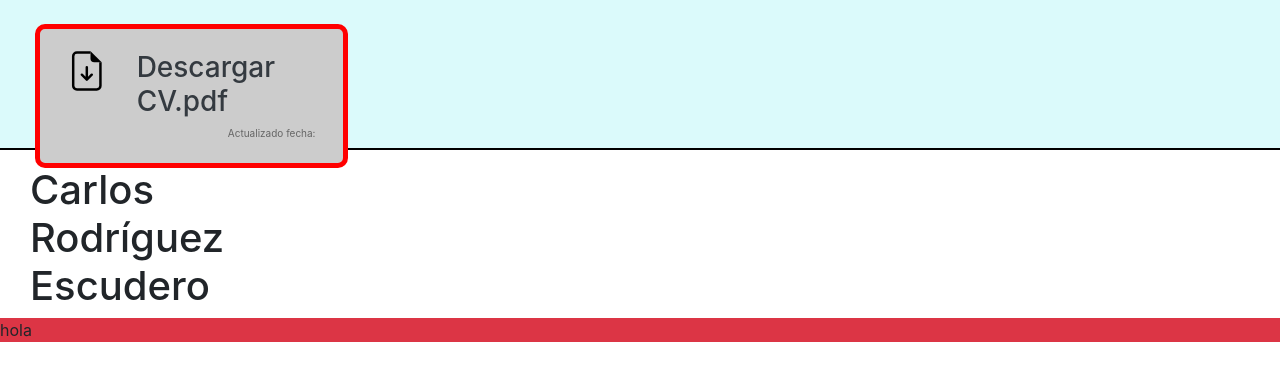
Repository: CarlosRoEs/CarlosWebCV
Page: index.html
An editor plug-in stored every save of this project. The page is shown before and after the next save, followed by the edit.
The browser window is 1280 px wide. The pictures show the whole page.
The style sheet was rebuilt from its Sass, Less or Tailwind sources for each picture, by a compiler version that may differ from the author's.

Above is the page before, as saved 2020-09-15 16:09:04.
Console error: ReferenceError: $ is not defined

### index.html
<!DOCTYPE html>
<html lang="es">

<head>
    <meta charset="UTF-8">
    <meta name="viewport" content="width=device-width, initial-scale=1.0">
    <title>Carlos Rodríguez</title>
    <link rel="stylesheet" href="bootstrap/css/bootstrap.min.css">
    <link rel="stylesheet" href="Sass/dist/header.css">
</head>

<body>

    <div class="container-fluid">
        <div id="row-header" class="row">
            <header id="header" class="col-12">
                <button id="header-button" type="button"
                    class="btn btn-secondary col-3 d-flex flex-row flex flex-wrap mt-4" data-toggle="tooltip"
                    data-placement="top" title="Descargar PDF">
                    <svg width="40px" height="40px" viewBox="0 0 16 16" class="bi bi-file-earmark-arrow-down col-3 mt-3"
                        fill="dark" xmlns="http://www.w3.org/2000/svg">
                        <path
                            d="M4 0h5.5v1H4a1 1 0 0 0-1 1v12a1 1 0 0 0 1 1h8a1 1 0 0 0 1-1V4.5h1V14a2 2 0 0 1-2 2H4a2 2 0 0 1-2-2V2a2 2 0 0 1 2-2z" />
                        <path d="M9.5 3V0L14 4.5h-3A1.5 1.5 0 0 1 9.5 3z" />
                        <path fill-rule="evenodd"
                            d="M8 6a.5.5 0 0 1 .5.5v3.793l1.146-1.147a.5.5 0 0 1 .708.708l-2 2a.5.5 0 0 1-.708 0l-2-2a.5.5 0 1 1 .708-.708L7.5 10.293V6.5A.5.5 0 0 1 8 6z" />
                    </svg>
                    <h3 id="h3-header" class="col-9 mt-3 text-left text-dark">Descargar CV.pdf</h3>
                    <p class="col-12 text-right text-black-50">Actualizado fecha:</p>
        </div>
        <div class="col-2">
            <h1 class="mt-3 mr-5 align-items-center">Carlos Rodríguez Escudero</h1>
        </div>
        </header>

        <div class="row bg-danger">
            hola
        </div>

    </div>
    <script>
        $(function () {
            $('[data-toggle="tooltip"]').tooltip()
        })
    </script>

    <script type="text/javascript" src="jquery/jquery-3.5.1.min.js"></script>
    <script type="text/javascript" src="bootstrap/js/bootstrap.min.js"></script>
</body>

</html>

### Sass/header.scss
* {
    margin: 0px;
    padding: 0px;
}


#header {
    height: 150px;
    text-align: center;
    border-bottom: 2px solid black;
    background-color: rgba(175, 244, 247, 0.446);

    h1{
        margin-left: 45%;
    }
}

#header-button {
    margin-left: 20px;
    background-color: #ccc;
    border: 5px solid red;
    border-radius: 10px;
    font-size: 10px;
}

Loaded but not shown: bootstrap/css/bootstrap.min.css (library); jquery/jquery-3.5.1.min.js (library); bootstrap/js/bootstrap.min.js (library)

After the next save:
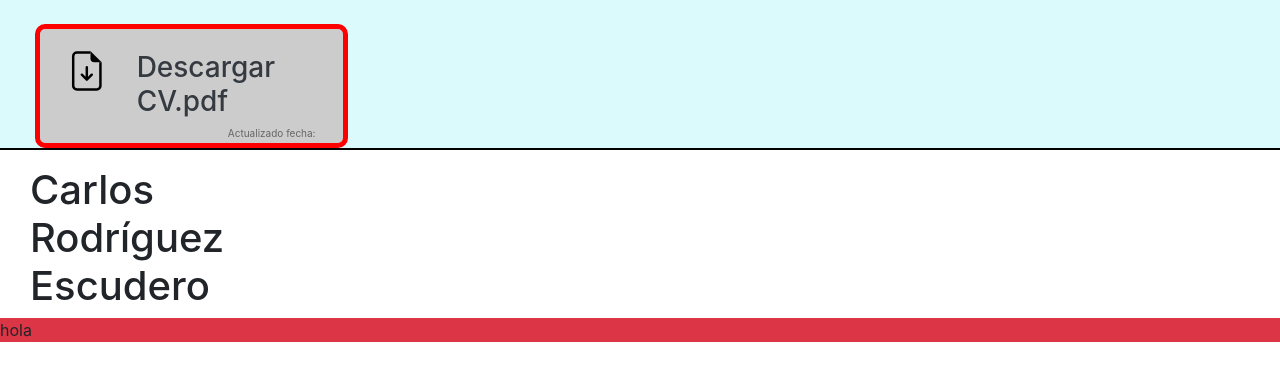
Saved 17 s later.
--- a/index.html
+++ b/index.html
@@ -13,7 +13,7 @@
 
     <div class="container-fluid">
         <div id="row-header" class="row">
-            <header id="header" class="col-12">
+            <header id="header" class="col-12 d-flex">
                 <button id="header-button" type="button"
                     class="btn btn-secondary col-3 d-flex flex-row flex flex-wrap mt-4" data-toggle="tooltip"
                     data-placement="top" title="Descargar PDF">

After the 4 saves that followed:
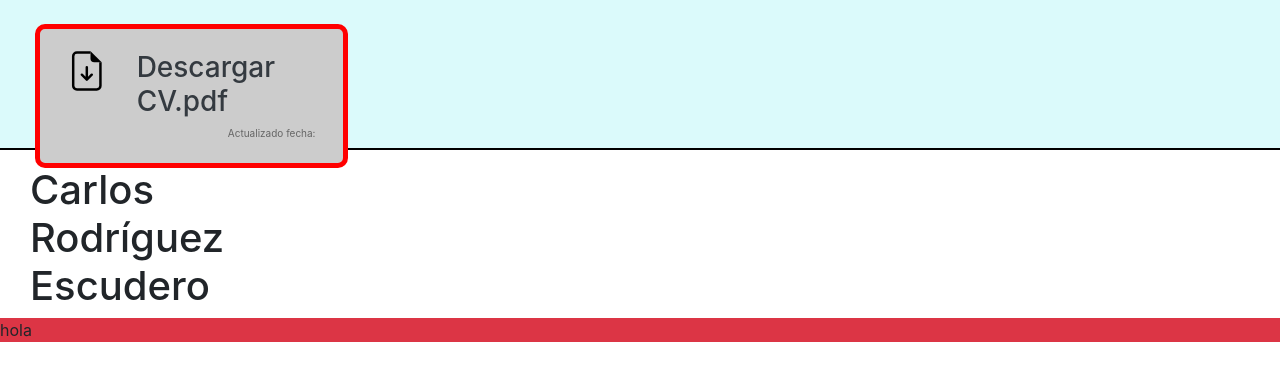
The 4 saves are shown as one change because 3 left the picture as it was.
The last was saved 21 s later.
--- a/index.html
+++ b/index.html
@@ -13,7 +13,7 @@
 
     <div class="container-fluid">
         <div id="row-header" class="row">
-            <header id="header" class="col-12 d-flex">
+            <header id="header" class="col-12 d-flex flex-row flex-wrap">
                 <button id="header-button" type="button"
                     class="btn btn-secondary col-3 d-flex flex-row flex flex-wrap mt-4" data-toggle="tooltip"
                     data-placement="top" title="Descargar PDF">
